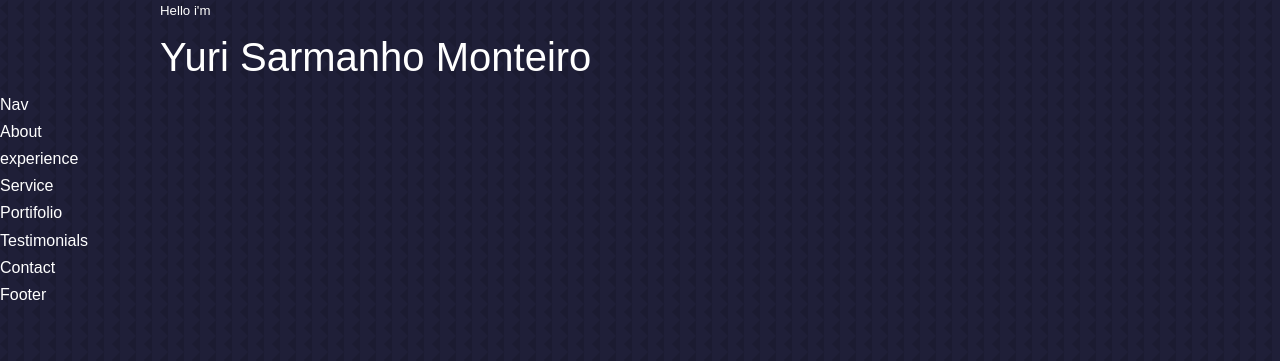
Repository: YuriSarmanho/Portifolio-
Page: / (app in portifolio/)
These files come from the project's save history. The page is drawn as it stood at one moment and after the next save; the edit follows.
The browser window is 1280 px wide. The pictures show the whole page.
The project was rebuilt for these pictures with package versions that can differ from the ones it lists, and the page was loaded fresh each time. Also part of the build but not shown: portifolio/src/Components/Header/Header.css.

Above is the page before, as saved 2022-05-11 16:04:22.

### portifolio/public/index.html
<!DOCTYPE html>
<html lang="pt-br">
<head>
    <meta charset="UTF-8">
    <meta http-equiv="X-UA-Compatible" content="IE=edge">
    <meta name="viewport" content="width=device-width, initial-scale=1.0">
    <title>Yuri Sarmanho Monteiro</title>
</head>
<body>
    <div id="root"></div>
</body>
</html>

### portifolio/src/index.js
import ReactDOM from 'react-dom'
import App from './App'

ReactDOM.render(<App/>, document.querySelector("#root"))

### portifolio/src/App.jsx
import React from "react";
import './index.css'

import Header from "./Components/Header/Header";
import About from "./Components/About/About";
import Contact from "./Components/Contact/Contact";
import Experience from "./Components/Experience/Experience";
import Footer from "./Components/Footer/Footer";
import Nav from "./Components/Nav/Nav";
import Testimonials from "./Components/Testimonials/Testimonials";
import Service from "./Components/Service/Service";
import Portifolio from "./Components/Portifolio/Portifolio";



const App = () => {
  return (
    <>
      <Header />
      <Nav/>
      <About />
      <Experience/>
      <Service/>
      <Portifolio/>
      <Testimonials/>
      <Contact/>
      <Footer/>
    </>
  );
};

export default App;

### portifolio/src/index.css
* {
  margin: 0;
  padding: 0;
  border: 0;
  outline: 0;
  box-sizing: border-box;
  list-style: none;
  text-decoration: none;
}
:root {
  --color-bg: #1f1f38;
  --color-bg-variant: #2c2c6c;
  --color-primary: #4db5ff;
  --color-primary-variant: rgba(77, 181, 255, 0.4);
  --color-white: #fff;
  --color-light: rgba(255, 255, 255, 0.6);

  --transition: all 400ms ease;

  --container-width-lg: 75%;
  --container-width-md: 86%;
  --container-width-sm: 90%;
}
html {
  scroll-behavior: smooth;
}
::-webkit-scrollbar {
  display: none;
}

body {
  font-family: "Poppins", sans-serif;
  background-color: var(--color-bg);
  color: var(--color-white);
  line-height: 1.7;
  background-image: url(../src/assets/bg-texture.png);
}

.container {
  width: var(--container-width-lg);
  margin: 0 auto;
}

h1,
h2,
h3,
h4,
h5 {
  font-weight: 500;
}
h1 {
  font-size: 2.5rem;
}
section {
  margin-top: 8rem;
}
section > h2,
section > h5 {
  text-align: center;
  color: var(--color-ligth);
}

section > h2 {
  color: var(--color-primary);
  margin-bottom: 3rem;
}

.text-light {
  color: var(--color-light);
}
a {
  color: var(--color-primary);
  transition: var(--transition);
}
a:hover{
    color: var(--color-white);
}
.btn{
    width: max-content;
    display: inline-block;
    color: var(--color-primary);
    padding: 0.75rem 1.2rem;
    border-radius: 0.4rem;
    cursor: pointer;
    border: 1px solid var(--color-primary);
    transition: var(--transition);
}

.btn:hover{
    background-color: var(--color-white);
    color: var(--color-bg);
    border: transparent;
}

.btn-primary{
    background-color: var(--color-primary);
    width: 100%;
     object-fit: cover;
}

/*MEDIUM DEVICE*/
@media screen and (max-width:1024px){
    .container{
        width: var(--container-width-md);
    }
    section{
        margin-top: 6rem;
    }
}

/*SMALL DEVICE*/
@media screen and (max-width:600px){
    .container{
        width: var(--container-width-sm);
    }
    section > h2{
        margin-bottom: 2rem;
    }
}

### portifolio/src/Components/Header/Header.jsx
import React from 'react'
import './Header.css'
const header = () => {
  return (
    <header>
      <div className="container header__container">
        <h5>Hello i'm</h5>
        <h1>Yuri Sarmanho Monteiro</h1>
        <h5 className="text-light"></h5>
      </div>
    </header>
  )
}

export default header

### portifolio/src/Components/Experience/Experience.jsx
import React from 'react'

const experience = () => {
  return (
    <div>experience</div>
  )
}

export default experience

### portifolio/src/Components/Portifolio/Portifolio.jsx
import React from 'react'

const Portifolio = () => {
  return (
    <div>Portifolio</div>
  )
}

export default Portifolio

Loaded but not shown: portifolio/src/Components/About/About.jsx (common file); portifolio/src/Components/Contact/Contact.jsx (common file); portifolio/src/Components/Footer/Footer.jsx (common file); portifolio/src/Components/Nav/Nav.jsx (common file); portifolio/src/Components/Testimonials/Testimonials.jsx (common file); portifolio/src/Components/Service/Service.jsx (common file); portifolio/src/Components/Header/Header.css (no copy from this time; the picture is the same without it)

After the next save:
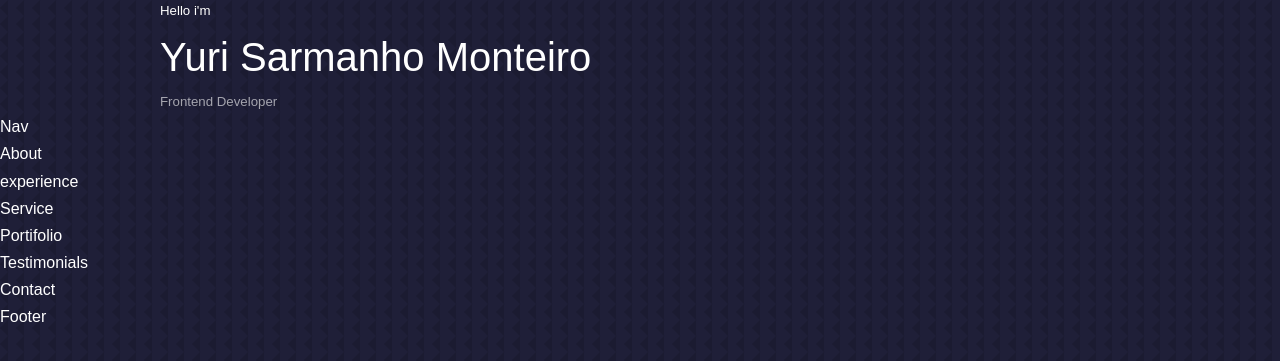
Saved 21 s later.
--- a/portifolio/src/Components/Header/Header.jsx
+++ b/portifolio/src/Components/Header/Header.jsx
@@ -6,7 +6,7 @@
       <div className="container header__container">
         <h5>Hello i'm</h5>
         <h1>Yuri Sarmanho Monteiro</h1>
-        <h5 className="text-light"></h5>
+        <h5 className="text-light">Frontend Developer</h5>
       </div>
     </header>
   )
